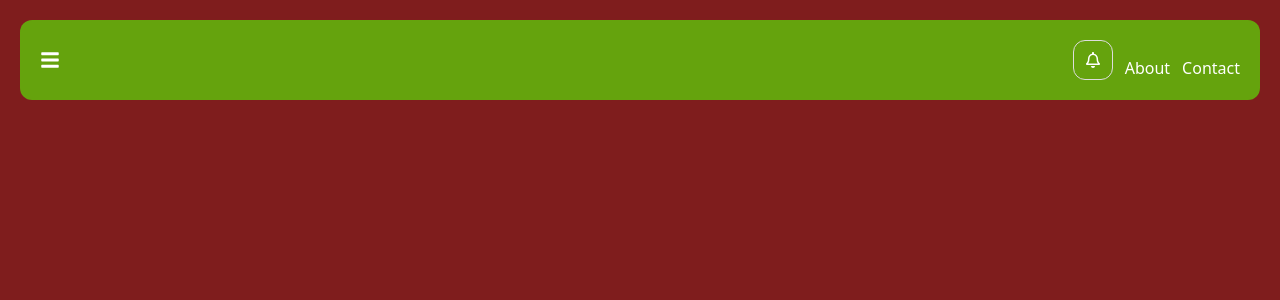
Repository: farrelmuhammad/redesign-bo
Page: /
These files come from the project's save history. The page is drawn as it stood at one moment and after the next save; the edit follows.
The browser window is 1280 px wide. The pictures show the whole page.
The project was rebuilt for these pictures with package versions that can differ from the ones it lists, and the page was loaded fresh each time. Also part of the build but not shown: src/App.css.

Above is the page before, as saved 2024-03-02 19:03:51.

### src/App.tsx
import React from 'react';
import logo from './logo.svg';
import './App.css';
import Navbar from './components/Navbar';

function App() {
  return (
    <section className='bg-red-900 h-screen w-screen flex font-poppins text-white'>
      <Navbar />
    </section>
  );
}

export default App;

### src/components/Navbar.tsx
import React from 'react'
import { FaBars, FaRegBell } from "react-icons/fa";

const Navbar = () => {
    return (
        <nav className='bg-lime-600 h-20 w-full flex flex-row justify-between items-center px-5 m-5 rounded-xl'>
            <div className="flex flex-1 justify-start items-center">
                <button className='text-xl hover:text-black'>
                    <FaBars />
                </button>
            </div>
            <div className="flex flex-1 flex-row gap-3 justify-end items-end">
                <button className='flex justify-center items-center h-10 w-10 rounded-xl border-[1px] border-[#DDDDDD]'>
                    <FaRegBell />
                </button>
                <button>About</button>
                <button>Contact</button>
            </div>
        </nav>
    )
}

export default Navbar

Loaded but not shown: public/index.html (common file); src/index.tsx (common file); src/index.css (common file); src/reportWebVitals.ts (common file); tailwind.config.js (common file)

After the next save:
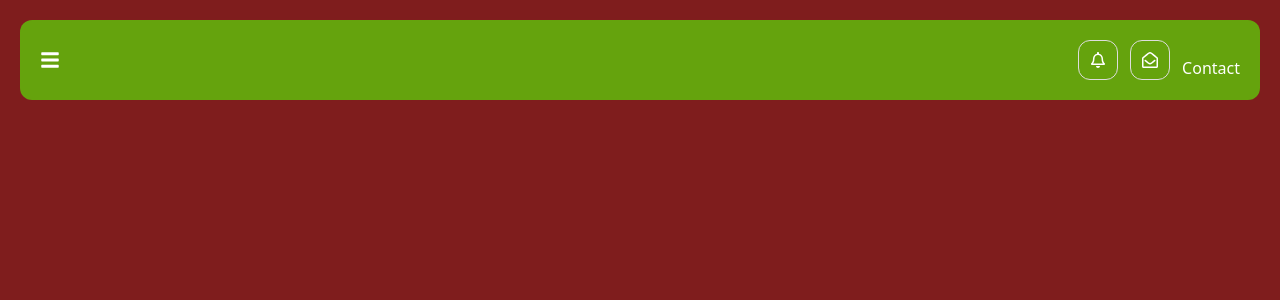
Saved 63 s later.
--- a/src/components/Navbar.tsx
+++ b/src/components/Navbar.tsx
@@ -1,5 +1,5 @@
 import React from 'react'
-import { FaBars, FaRegBell } from "react-icons/fa";
+import { FaBars, FaRegBell, FaRegEnvelopeOpen } from "react-icons/fa";
 
 const Navbar = () => {
     return (
@@ -13,7 +13,9 @@ const Navbar = () => {
                 <button className='flex justify-center items-center h-10 w-10 rounded-xl border-[1px] border-[#DDDDDD]'>
                     <FaRegBell />
                 </button>
-                <button>About</button>
+                <button className='flex justify-center items-center h-10 w-10 rounded-xl border-[1px] border-[#DDDDDD]'>
+                    <FaRegEnvelopeOpen />
+                </button>
                 <button>Contact</button>
             </div>
         </nav>
